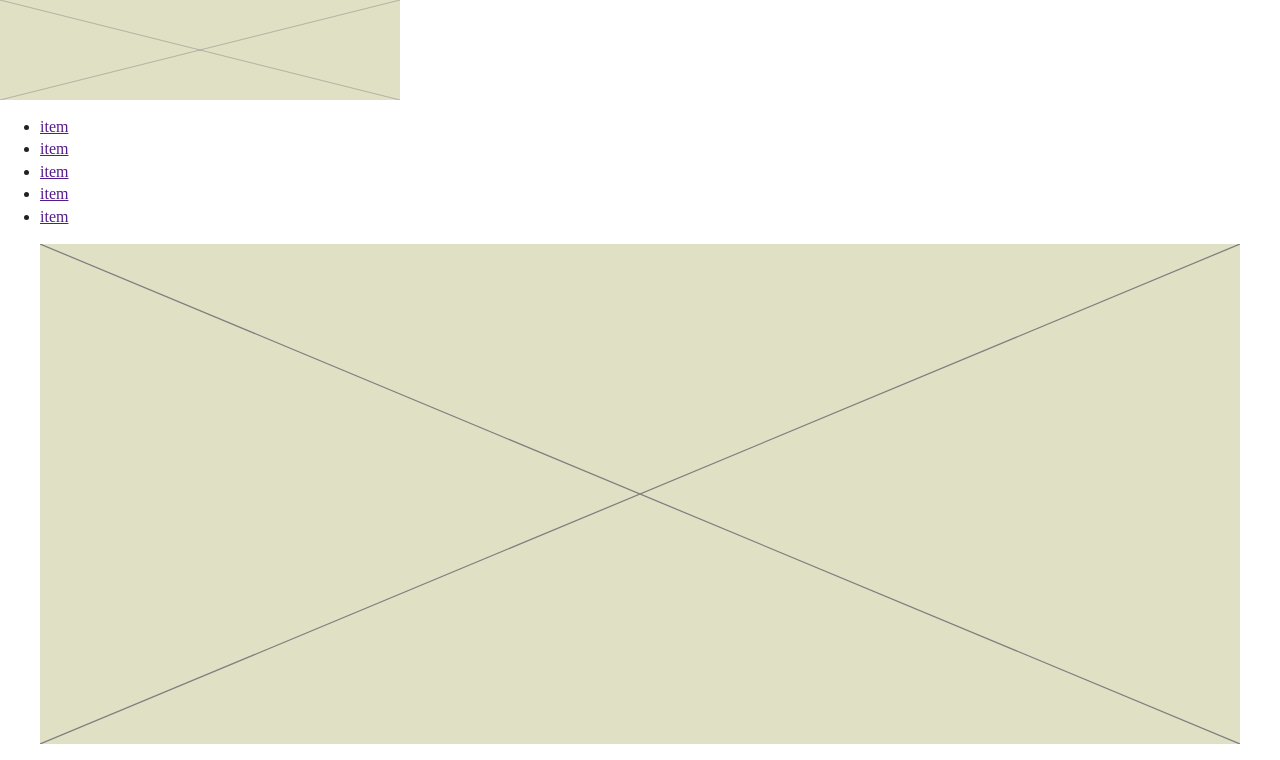
Repository: leahma1208/MDIA2003_Project1
Page: index.html
The author's editor kept a copy of each file at every save. The page is drawn from the files as they stood at one save, then again after the next save.
The browser window is 1280 px wide. The pictures show the whole page.

Above is the page before, as saved 2021-01-22 19:48:45.

After the next save:
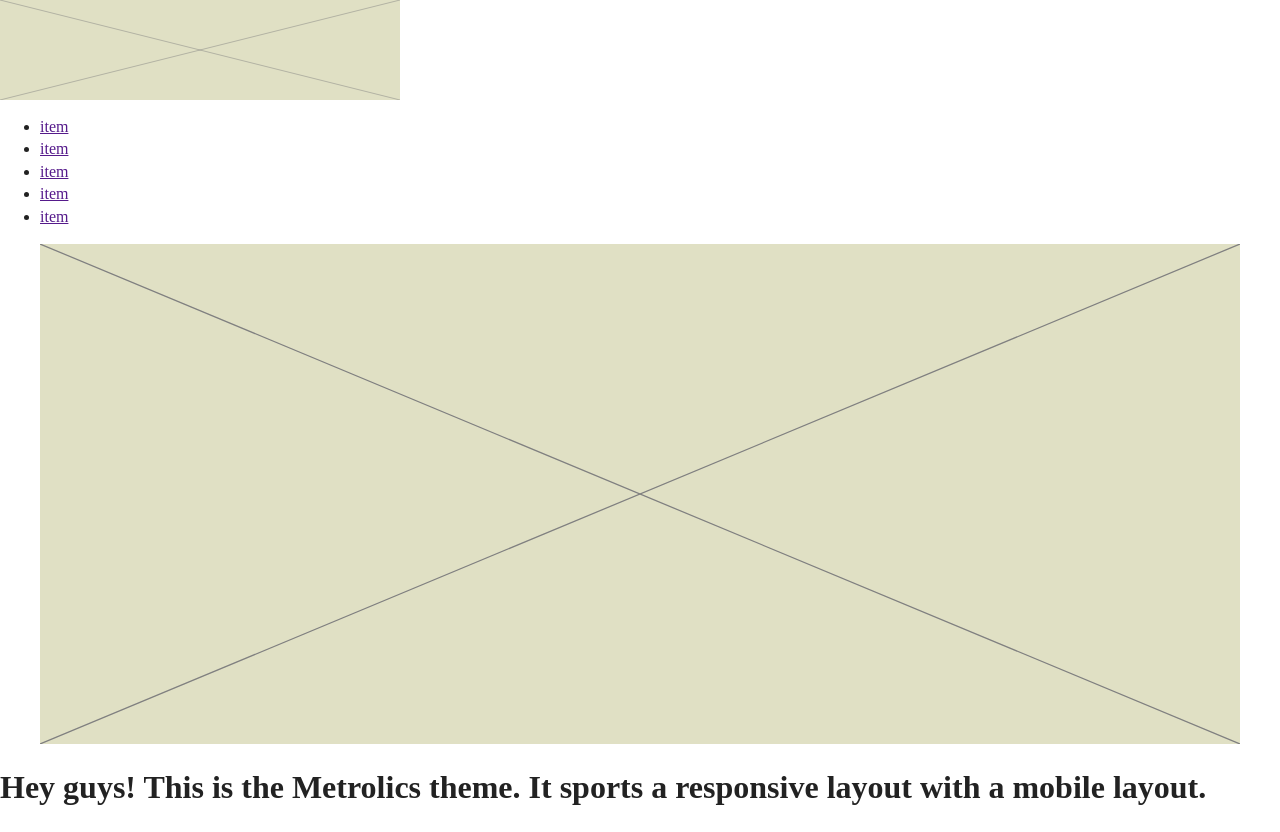
Saved 62 min 24 s later.
--- a/index.html
+++ b/index.html
@@ -41,6 +41,12 @@
       <img src="img/placeholder.svg" alt="heroimage" width="100%" height="500px;">
   </figure>
 
+  <h1>
+    Hey guys! This is the Metrolics theme. It sports a responsive layout with a
+    mobile layout.
+  </h1>
+
+
 
 
 
